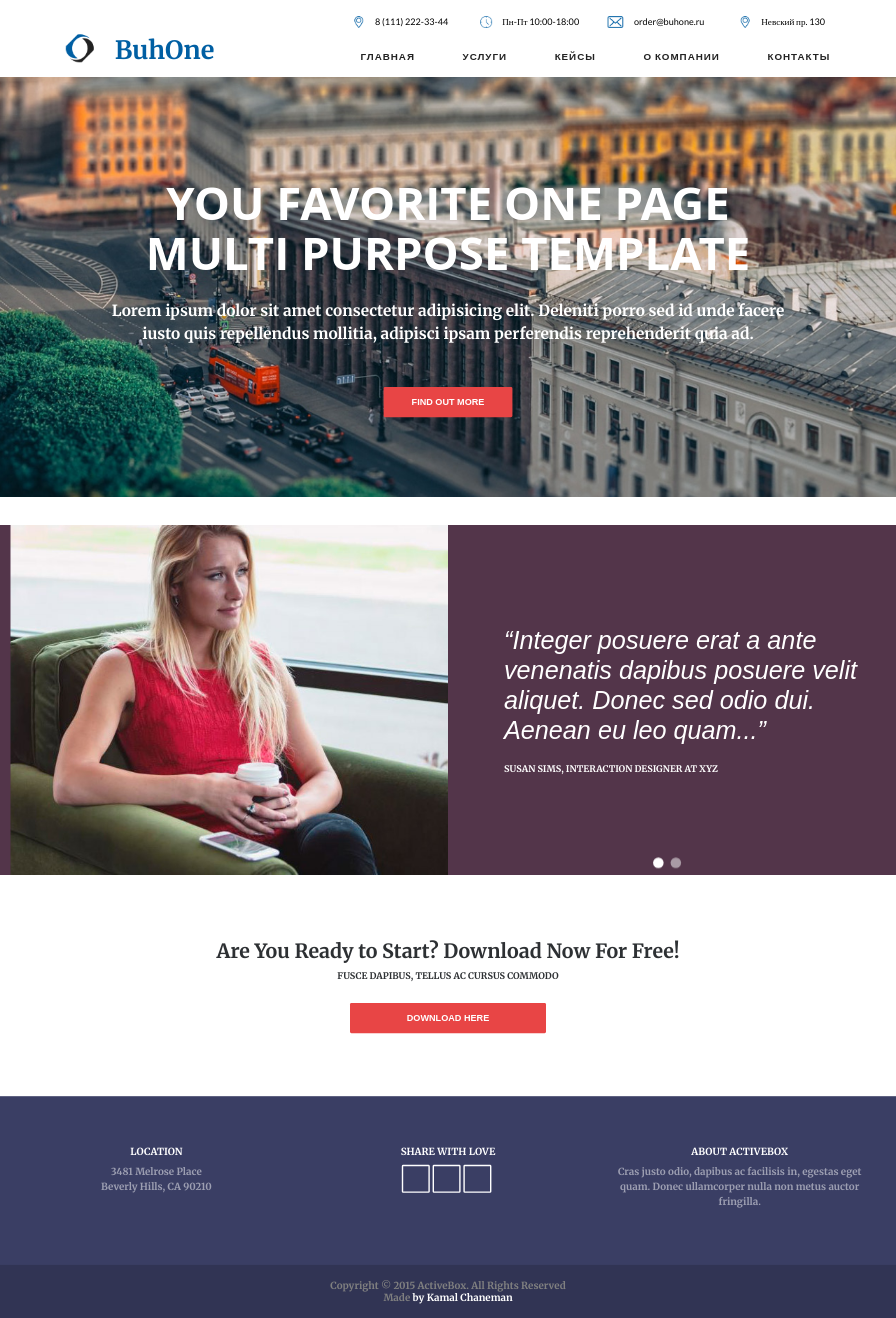
Repository: ZetsubouBilly/test
Page: index.html
These files come from the project's save history. The page is drawn as it stood at one moment and after the next save; the edit follows.
The browser window is 1280 px wide. The pictures show the whole page, at 70% of full size.

Above is the page before, as saved 2023-05-13 13:14:28.

### index.html
<!DOCTYPE html>
<html lang="ru">
<head>
    <meta charset="UTF-8">
    <meta name="viewport" content="width=device-width, initial-scale=1.0, minimum-scale=1.0, maximum-scale=1.0">  <link rel="preconnect" href="https://fonts.gstatic.com">
    <link rel="preconnect" href="https://fonts.googleapis.com">
    <link rel="preconnect" href="https://fonts.gstatic.com" crossorigin>
    <link href="https://fonts.googleapis.com/css2?family=Lato:wght@300;400;700&family=Merriweather:wght@700;900&display=swap" rel="stylesheet">
    <link rel="stylesheet" type="text/css" href="https://cdn.jsdelivr.net/npm/slick-carousel@1.8.1/slick/slick.css"/>
    <link rel="stylesheet" href="css/style.css">

   <meta name="description" content="Описание страницы">
   <meta name="google" content="notranslate" />
   <meta name="keywords" content="создаие сайтов, верстка сайтов" />

    <title>BuhOne</title>

    <script src="https://cdnjs.cloudflare.com/ajax/libs/jquery/3.5.1/jquery.min.js"></script>

</head>
<body>



<!-- Header -->

 <header class="header" id="header">

            <div class="header__inner">
                <div class="header__inner_l">
                    <div class="header__logo">
                        <img src="img/logo.png" alt="">
                        <p class="header__logo_name">BuhOne</p>
                    </div>
                </div>
                <div class="header__inner_r">
                    <div class="top-line">
                        <div class="top-line_info">
                            <img class="top-line_info_img" src="img/placeholder.png" alt="">
                            <p class="top-line_info_text">8 (111) 222-33-44</p>

                        </div>
                        <div class="top-line_info">
                            <img class="top-line_info_img" src="img/time.png" alt="">
                            <p class="top-line_info_text">Пн-Пт 10:00-18:00</p>

                        </div>
                        <div class="top-line_info">
                            <img class="top-line_info_img" src="img/Frame.png" alt="">
                            <p class="top-line_info_text">order@buhone.ru</p>

                        </div>
                        <div class="top-line_info">
                            <img class="top-line_info_img" src="img/placeholder.png" alt="">
                            <p class="top-line_info_text">Невский пр. 130</p>

                        </div>

                    </div>
                    <nav class="nav" id="nav">
                        <a class="nav__link" href="#" data-scroll="#features">Главная</a>
                        <a class="nav__link" href="#" data-scroll="#works">Услуги</a>
                        <a class="nav__link" href="#" data-scroll="#team">Кейсы</a>
                        <a class="nav__link" href="#" data-scroll="#reviews">О компании</a>
                        <a class="nav__link" href="#" data-scroll="#download">Контакты</a>
                    </nav>
                </div>




                <button class="burger" type="button" id="navToggle">
                    <span class="burger__item">Menu</span>
                </button>

            </div>

 </header>


 <!-- Intro -->

<div class="intro" id="intro">
    <div class="container">
        <div class="intro__inner">
             <h1 class="intro__title">You Favorite One Page Multi Purpose Template</h1>
             <h2 class="intro__subtitle">Lorem ipsum dolor sit amet consectetur adipisicing elit.
                 Deleniti porro sed id unde facere iusto quis repellendus mollitia, adipisci ipsam
                 perferendis reprehenderit quia ad.</h2>
                 <a class="btn  btn--red" href="">Find Out More</a>
        </div>
    </div>
</div>










<!-- Testimonials -->

<div class="reviews" id="reviews">
    <div class="container">

        <div class="reviews__slider" id="reviewsSlider">
            <div class="slick-item">
             <div class="reviews__item">
                 <div class="reviews__photo">
                     <img class="reviews__img" src="img/reviews/review-1.jpg" alt="">
                 </div>
                 <div class="reviews__content">
                        <div class="reviews__text">“Integer posuere erat a ante venenatis dapibus posuere velit aliquet. Donec sed odio dui. Aenean eu leo quam...”</div>
                       <div class="reviews__author">Susan Sims, Interaction Designer at XYZ</div>
                 </div>
                </div>
            </div>

                <div class="slick-item">
                <div class="reviews__item">
                    <div class="reviews__photo">
                        <img class="reviews__img" src="img/reviews/review-1.jpg" alt="">
                    </div>
                    <div class="reviews__content">
                           <div class="reviews__text">"Lorem ipsum dolor sit amet consectetur, adipisicing elit. Maiores, tempore velit, debitis quasi doloribus vero natus sint ratione temporibus fugiat voluptatum nesciunt modi. Adipisci aliquid voluptatem magni laborum, facilis nisi".</div>
                          <div class="reviews__author">Susan Sims, Interaction Designer at XYZ</div>
                    </div>
                   </div>
                </div>
            </div>
        </div>

    </div>
</div> <!-- /reviews -->




<!-- Download -->

<div class="download" id="download">
    <div class="container">
        <h3 class="download__title">Are You Ready to Start? Download Now For Free!</h3>
        <div class="download__text"><p>Fusce dapibus, tellus ac cursus commodo</p>
        </div>
        <a class="btn  btn--red  btn--long" href="">Download Here</a>
    </div>
</div>


<!-- Footer -->


<footer class="footer">
    <div class="container">

        <div class="footer__inner">
            <div class="footer__block">
                <h4 class="footer__title">Location</h4>
                <address class="footer__adress"><div>3481 Melrose Place</div>
                    <div>Beverly Hills, CA 90210</div>
                </address>
            </div>

            <div class="footer__block">
                <h4 class="footer__title">Share with Love</h4>
                <div class="social  social--footer">
                    <a class="social__item" href="" target="_blank">
                        <svg class="social__icon">
                            <use xlink:href="#facebook"></use>
                        </svg>
                    </a>

                    <a class="social__item" href="" target="_blank">
                        <svg class="social__icon">
                            <use xlink:href="#twitter"></use>
                        </svg>
                    </a>

                    <a class="social__item" href="" target="_blank">
                        <svg class="social__icon">
                            <use xlink:href="#linkedin"></use>
                        </svg>
                    </a>


                </div>
            </div> <!-- /footer__block__social -->

            <div class="footer__block">
                <h4 class="footer__title">About ActiveBox</h4>
                <div class="footer__text"><p>Cras justo odio, dapibus ac facilisis in, egestas eget quam. Donec ullamcorper nulla non metus auctor fringilla.</p></div>
            </div>

        </div> <!-- /footer__inner -->

    </div> <!-- /container -->

    <div class="copyright">
        <div class="container">
          <div class="copyright__text"><div>Copyright © 2015 ActiveBox. All Rights Reserved</div>
           <div>Made  <span>by Kamal Chaneman</span></div>
        </div>
    </div>
</div>
</footer>


<!-- Javascript -->
<script  src="https://cdn.jsdelivr.net/npm/slick-carousel@1.8.1/slick/slick.min.js"></script>
<script src="js/app.js"></script>


</body>
</html>

### css/style.css
body {
  margin: 0;

  font-family: "Merriweather", sans-serif;
  font-size: 14px;
  color: #6c7279;
  -webkit-font-smoothing: antialiased;

  background-color: #fff;
}

*,
*:before,
*:after {
  box-sizing: border-box; /* алгоритм подсчета размеров с учетом padding и границ. */
}

h1,
h2,
h3,
h4,
h5,
h6 {
  margin: 0;
}

p {
  margin: 0 0 10px;
}

/* Container
==================== */

.container {
  width: 100%;
  max-width: 1920px;
  margin: 0 auto;
  padding: 0 15px;
}

/* Header
==================== */

.header {
  position: absolute;
  width: 100%;
  height: 73px;
  height: 110px;
  /* left: 50%; */
  /* top: 6.52px; */
  /* margin-left: -560px; */
  background-color: #fff;
}

.header.fixed {
  height: auto;

  position: fixed; /* фиксируем шапку при скроле*/

  background-color: #fff;
}

.header.fixed .header__inner {
  padding-top: 15px;
  padding-bottom: 15px;

  border-bottom: 0;
}

.header__inner {
  display: flex;
  justify-content: space-around;
  align-items: center;
  max-width: 1116px;
  /* padding: 35px 0; */

  /* border-bottom: 1px solid #4d5066; */
  margin: 0 auto;
}
.header__inner_l{
    margin-right: 185px;
}
.header__inner_r{
    display: flex;
    flex-direction: column;
  width: 671px;

}

.header__logo {
  display: flex;
  align-items: flex-start;
  justify-content: space-between;
  max-width: 260px;
  padding-top: 33px;
}
.header__logo_name {
  font-size: 36px;
  margin-left: 30px;
  color: #005fa3;
}

/* Top-line
==================== */

.top-line {
  display: flex;
  padding:23px 0px 0px 40px;
  justify-content: center;
  margin-bottom: 22px;
  width: 671px;
}
.top-line_info {
  display: flex;
  margin-right: 40px;
}
.top-line_info_img {
  margin-right: 15px;
  max-width: 23px;
  height: 17px;
}
.top-line_info_text {
  font-family: "Lato";
  font-style: normal;
  font-weight: 400;
  font-size: 13px;
  line-height: 17px;
  width: 110px;


  color: #000000;
}

/* Nav
==================== */

.nav {
  display: flex;
  font-size: 13px;
  font-weight: 700;
  text-transform: uppercase;
  width: 671px;
  justify-content: space-between;
  margin-bottom: 31px;
}

.nav__link {
  font-family: "Lato", sans-serif;
  font-style: normal;
  font-weight: 700;
  font-size: 14px;
  line-height: 17px;


  letter-spacing: 0.1em;
  text-transform: uppercase;



  color: #222222;
  text-decoration: none;
}
.nav__link:first-child {
  margin-left: 0;
}

.nav__link:hover {
  opacity: 1;
}

/* Intro
==================== */

.intro {
  display: flex;
  flex-direction: column;
  justify-content: center;
  height: 750px;
  padding-top: 100px;

  background-size: cover;
  background:  url("../img/Rectangle.png") center no-repeat;

}

.intro__inner {
  width: 100%;
  max-width: 970px;
  margin: 0 auto;
  text-align: center;
}

.intro__title {
  margin: 0 0 30px;
  font-family: "Open Sans", sans-serif;
  font-size: 65px;
  line-height: 1.1;
  color: #fff;
  font-weight: 700;
  text-transform: uppercase;
}

.intro__subtitle {
  margin-bottom: 60px;
  font-size: 22px;
  color: #fff;
  line-height: 1.5;
  font-weight: 400;
}

/* Button
==================== */

.btn {
  display: inline-block;
  vertical-align: top;
  padding: 14px 40px;

  border-radius: 2px;
  border: 0;
  cursor: pointer;

  font-family: "Raleway", sans-serif;
  font-size: 13px;
  color: #fff;
  font-weight: 600;
  text-transform: uppercase;
  text-decoration: none;
  text-align: center;

  transition: background 0.1s linear;
}

.btn--red {
  background-color: #e84545;
}

.btn--red:hover {
  background-color: #dd3434;
}

.btn--long {
  min-width: 280px;
}

/* Features
==================== */

.features {
  display: flex;
  flex-wrap: wrap;
  margin: 95px 0;
}

.features__item {
  width: 33.33333%;
  padding: 0 40px;
  text-align: center;
  margin: 25px 0;
}

.features__icon {
  margin-bottom: 25px;
}

.features__title {
  margin-bottom: 20px;
  font-size: 14px;

  color: #2d3033;
  font-weight: 700;
  text-transform: uppercase;
}

.features__text {
  font-size: 14px;
  line-height: 1.5;
  color: #6c7279;
}

/* Works
===================*/

.works {
  display: flex;
  flex-wrap: wrap;
}

.works__item {
  width: 25%;
  height: 350px;
  border-bottom: 1px solid #fff;
  border-right: 1px solid #fff;

  position: relative;
  overflow: hidden;
}
.works__item:hover .works__content {
  opacity: 1;
}

.works__photo {
  min-width: 100%;
  position: absolute;
  top: 50%;
  left: 50%;
  z-index: 1;

  transform: translate3d(-50%, -50%, 0);
}

.works__content {
  display: flex;
  flex-direction: column;
  justify-content: center;
  width: 100%;
  height: 100%;
  opacity: 0;

  text-align: center;

  background-color: rgba(232, 69, 69, 0.9);

  position: absolute;
  top: 0;
  left: 0;
  z-index: 2;
  transition: opacity 0.2s linear;
}

.works__title {
  margin-bottom: 5px;

  font-size: 14px;
  font-weight: 700;
  color: #fff;
  text-transform: uppercase;
}

.works__text {
  font-size: 14px;
  color: #fff;
}

/* Team
==================*/

.team {
  margin: 100px 0;
}

.team__inner {
  display: flex;
  flex-wrap: wrap;
  margin: 0 -15px;
}

.team__item {
  width: 25%;
  padding: 0 15px;
  margin-bottom: 30px;
}

.team__photo {
  display: block;
  min-width: 100%;
  height: auto;
  margin-bottom: 20px;
}

.team__name {
  margin-bottom: 8px;

  font-size: 25px;
  color: #2d3033;
}

.team__prof {
  margin-bottom: 15px;

  font-size: 13px;
  color: #e84545;
  text-transform: uppercase;
}

.team__text {
  margin-bottom: 20px;

  font-size: 14px;
  line-height: 1.5;
  color: #6c7279;
}

/* Social
==================*/

.social {
  display: flex;
}

.social--footer {
  justify-content: center;
}

.social__item {
  display: flex;
  justify-content: center;
  align-items: center;
  width: 40px;
  height: 40px;
  margin-right: 4px;

  background-color: #fff;
  border: 1px solid #e8ecee;

  transition: background 0.1s linear;
}
.social__item:hover {
  background-color: #e8ecee;
}

.social__item:hover .social__icon {
  fill: #000;
}

.social--footer .social__item {
  background-color: transparent;
  border-width: 2px;
  border-color: #fff;
  border-radius: 2px;
}

.social--footer .social__item:hover {
  background-color: #fff;
}

.social__icon {
  display: block;
  height: 18px;
  fill: #c6cacc;

  transition: fill 0.1s linear;
}

.social--footer .social__icon {
  fill: #fff;
}

/* reviews
==================*/

.reviews {
  overflow: hidden;
  background-color: #53354a;
}

.reviews__slider {
  height: 500px;
  overflow: hidden;
}

.reviews__slider.slick-initialized {
  height: auto;
}

.reviews__item {
  display: flex;
  flex-wrap: wrap;
  overflow: hidden;
}

.reviews__photo {
  width: 50%;
  height: 500px;
  position: relative;
}

.reviews__img {
  position: absolute;
  top: 50%;
  right: 0;
  z-index: 1;

  transform: translateY(-50%);
}

.reviews__content {
  display: flex;
  flex-direction: column;
  justify-content: center;
  width: 50%;
  padding-left: 80px;
}

.reviews__text {
  margin-bottom: 25px;

  font-family: "Cardo", sans-serif;
  font-style: italic;
  font-size: 36px;
  line-height: 1.2;
  color: #fff;
}

.reviews__author {
  font-size: 13px;
  font-weight: 700;
  text-transform: uppercase;
  color: #fff;
}

.slick-dots {
  display: flex;
  justify-content: center;
  margin: 0;
  padding: 0 0 10px;
  list-style: none;
  width: 50%;

  position: absolute;
  bottom: 0;
  right: 0;
  z-index: 2;
}
.slick-dots li {
  margin: 0 5px;
}

.slick-dots button {
  width: 15px;
  height: 15px;
  padding: 0;

  background: #fff;
  border-radius: 50%;
  border: 0;
  opacity: 0.5;
  cursor: pointer;

  font-size: 0;
  color: transparent;
}

.slick-dots button:focus {
  outline: 0;
}

.slick-dots .slick-active button {
  opacity: 1;
}

/* Download
==================*/

.download {
  margin: 90px 0;

  text-align: center;
}

.download__title {
  margin-bottom: 10px;

  font-size: 28px;
  color: #2d3033;
  font-weight: 300;
}

.download__text {
  margin-bottom: 30px;

  font-size: 13px;
  color: #2d3033;
  font-weight: 700;

  text-transform: uppercase;
}

/* Features
==================== */

.footer {
  background-color: #3a3e64;
}

.footer__inner {
  padding: 70px 0;

  display: flex;
  flex-wrap: wrap;
}

.footer__block {
  width: 33.33333%;
  padding: 0 15px;

  text-align: center;
}

.footer__title {
  margin-bottom: 10px;

  font-size: 14px;
  font-weight: 700;
  color: #fff;
  text-transform: uppercase;
}

.footer__adress {
  font-size: 14px;
  line-height: 1.5;
  font-style: normal;
  color: rgba(255, 255, 255, 0.5);
}

.footer__text {
  font-size: 14px;
  line-height: 1.5;
  color: rgba(255, 255, 255, 0.5);
}

/* copyright
==================== */
.copyright {
  padding: 20px 0;
  background-color: #313454;
}

.copyright__text {
  text-align: center;
  font-size: 14px;
  color: #808080;
}

.copyright__text span {
  color: #fff;
}

/* Burger
==================== */
.burger {
  display: none;
  padding: 9px 2px;

  background: none;
  border: 0;
  cursor: pointer;
}

.burger__item {
  display: block;
  width: 30px;
  height: 3px;

  background-color: #fff;

  font-size: 0;
  color: transparent;

  position: relative;
}

.burger__item:before,
.burger__item:after {
  content: "";
  width: 100%;
  height: 100%;

  background-color: #fff;

  position: absolute;
  left: 0;
  z-index: 1;
}

.burger__item:before {
  top: -8px;
}

.burger__item:after {
  bottom: -8px;
}

/* Media
==================== */
@media (max-width: 1300px) {
  /* Works */
  .works__item {
    width: 50%;
  }
}

@media (max-width: 991px) {
  /* Nav  скрываем кнопки навигации при смене размера девайса*/
  .nav {
    display: none;
    flex-direction: column;
    background-color: #31344e;

    width: 100%;
    text-align: right;

    position: absolute;
    top: 100%;
    right: 0;
  }

  .nav.show {
    display: flex;
  }

  .nav__link {
    padding: 9px 15px;
  }

  /* Burger */
  .burger {
    display: block;
  }

  /* intro  меняем размер title под размер девайса*/
  .intro__title {
    font-size: 40px;
  }

  /* Features */
  .features__item {
    width: 50%;
  }

  /* Team */
  .team__item {
    width: 50%;

    text-align: center;
  }

  .team__photo {
    margin-left: auto;
    margin-right: auto;
  }

  /* Team */
  .social {
    justify-content: center;
  }

  /*Reviews */
  .reviews__photo {
    width: 100%;
    margin: 15px 0 40px;
    overflow: hidden;
  }

  .reviews__content {
    width: 100%;
    padding-left: 0;
    padding-bottom: 40px;
  }
}

@media (max-width: 767px) {
  .intro {
    height: auto;
    padding-top: 130px;
    padding-bottom: 30px;
  }

  .intro__title {
    font-size: 30px;
  }

  .intro__subtitle {
    margin-bottom: 30px;

    font-size: 16px;
  }

  /* Features */
  .features {
    margin: 40px 0;
  }

  .features__item {
    width: 100%;
    padding-left: 0;
    padding-right: 0;
  }

  /* Works */
  .works__item {
    width: 100%;
    height: 300px;
  }

  /* Team */
  .team {
    margin: 60px 0 30px;
  }
  .team__item {
    width: 100%;
  }

  /* Reviews */
  .reviews__text {
    font-size: 25px;
  }

  /* Btn */
  .btn--long {
    min-width: 260px;
  }

  /* Download */
  .download {
    margin: 50px 0;
  }

  .download__title {
    font-size: 24px;
  }

  /* Footer */
  .footer__inner {
    padding: 30px 0;
  }
  .footer__block {
    width: 100%;
    padding-left: 0;
    padding-right: 0;
    margin-bottom: 30px;
  }
  .footer__block:last-child {
    margin-bottom: 0;
  }
}

@media (max-width: 414px) {
  /*Reviews */
  .reviews__img {
    right: -100px;
  }
}

### js/app.js
$(function() {

    /* Fixed Header */
    let header = $("#header"); //присваем переменной хедер id хедер
    let intro = $("#intro"); //присваем переменной интро id интро
    let introH= intro.innerHeight();
    let scrollPos= $(window).scrollTop(); //получаем позицию скролла элемента сверху
    let nav = $("#nav");
    let navToggle = $("#navToggle");

    checkScroll(scrollPos, introH);

    $(window).on("scroll resize", function() /*делаем проверки на скролл, перезагрузку стр и изменение размера экрана*/
    {
        introH = intro.innerHeight();//присваем переменной хедер функцию показа размера высоты intro
        scrollPos = $(this).scrollTop();

        checkScroll(scrollPos, introH);

        //console.log(scrollPos); //вывод высоты интро
    }); //отслеживание события скролла

    function checkScroll(scrollPos, introH) {

        if( scrollPos > introH ) {
            header.addClass("fixed"); //добавляем класс
        }
        else {
            header.removeClass("fixed"); //убираем класс
        }
    }


    /* Smooth Scroll */
    $("[data-scroll]").on("click", function(event) //отслеживаем события с эдементом дата-скролл при клике на элемент
    {
        event.preventDefault(); //отменяет стандартное поведение ссылки

        let elementId = $(this).data('scroll'); //хранится id элемента которого хотим скроллить
        let elementOffset = $(elementId).offset().top; //ролучаем отступ элемента от верха

        nav.removeClass("show"); // убирает бургер-меню при клике на ссылку в нем

        $("html, body").animate({
            scrollTop: elementOffset - 70 //делаем плавный переход на ссылки навигации
        }, 700);
    });





    /* Nav Toggle */


    navToggle.on("click", function(event) // отслеживание клика на бургер меню
    {
        event.preventDefault();

        nav.toggleClass("show");

    });





    /* Reviews: https://kenwheeler.github.io/slick/ */
    let slider = $("#reviewsSlider");

    slider .slick({
        infinite: true, //скролл все время, если заканчиваются элементы то повторяются заново
        slidesToShow: 1,  // cколько хотим показывать слайдов
        slidesToScroll: 1,   // сколько будем скролить слайдов
        fade: true,          //для затемнения отзывов
        arrows: false,       // убирает переключатели слайдера
        dots: true
      });



});

After the next save:
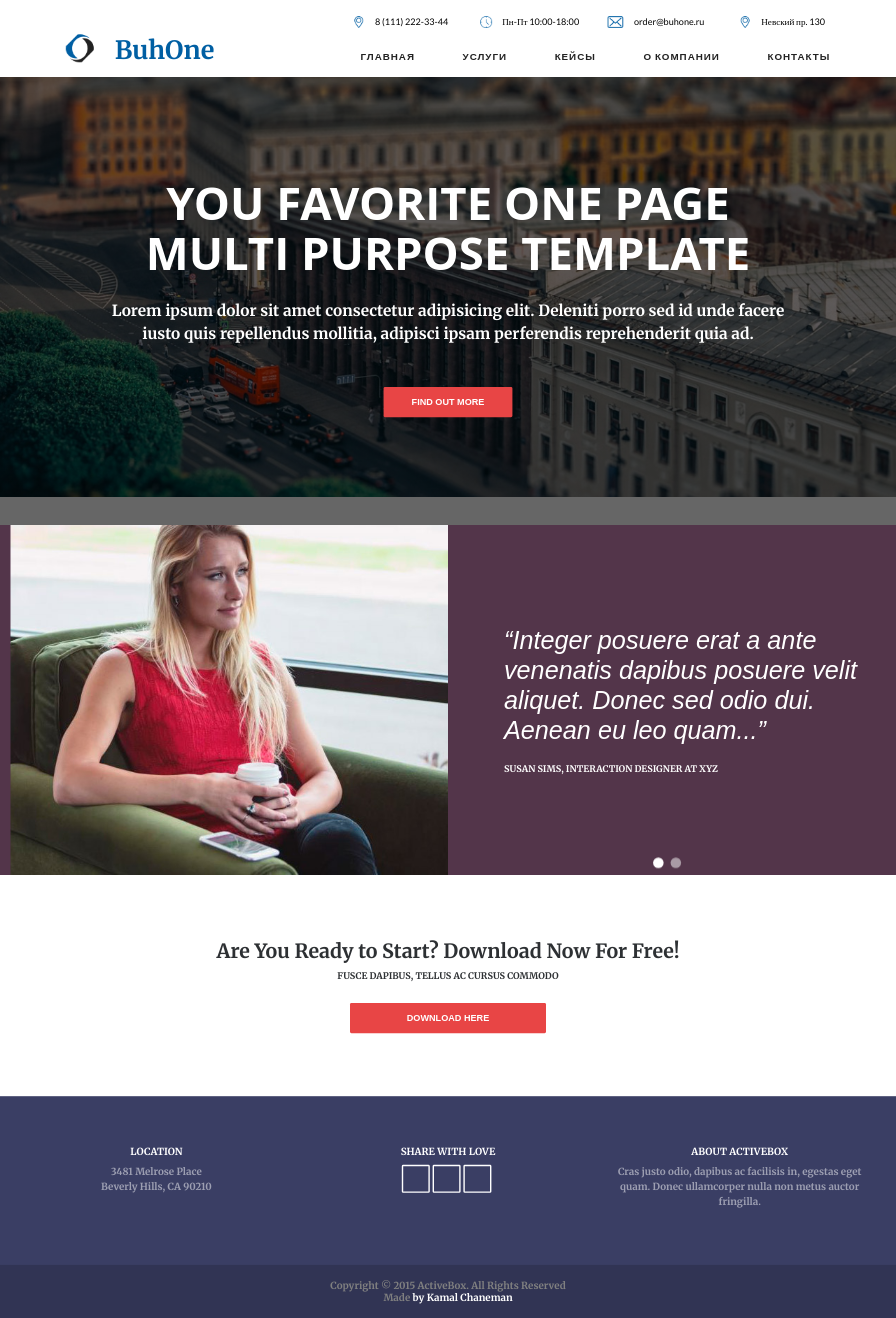
Saved 4 s later.
--- a/css/style.css
+++ b/css/style.css
@@ -179,7 +179,7 @@ p {
   padding-top: 100px;
 
   background-size: cover;
-  background:  url("../img/Rectangle.png") center no-repeat;
+  background: linear-gradient(0deg, rgba(0, 0, 0, 0.6), rgba(0, 0, 0, 0.6)),   url("../img/Rectangle.png") center no-repeat;
 
 }
 
